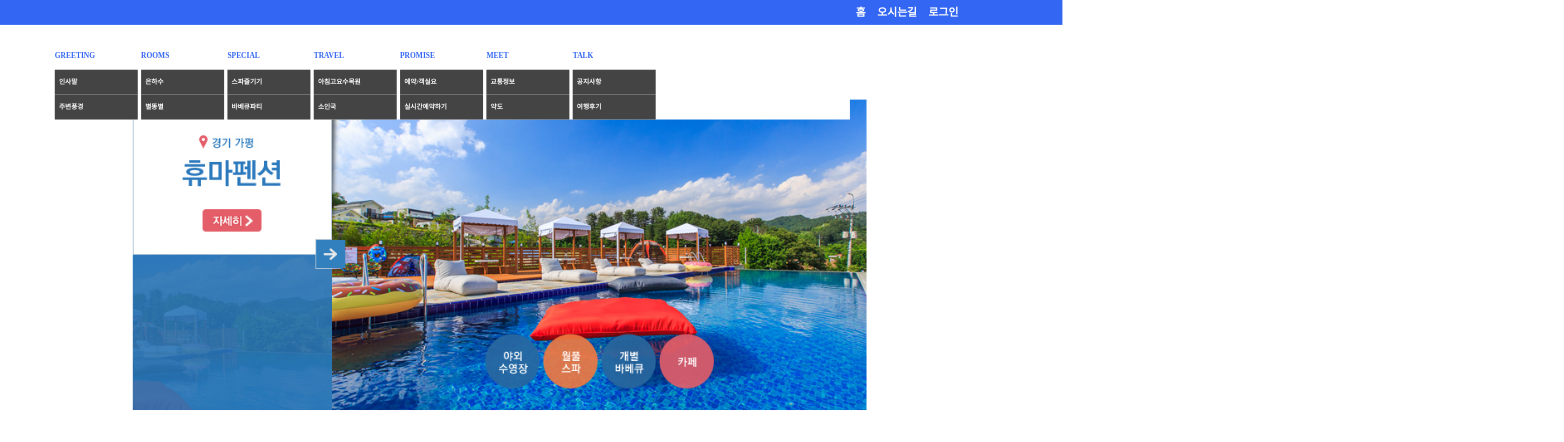
Repository: hojohe/bit-java
Page: 07_css/WebContent/99_exam/exam03.html
An editor plug-in stored every save of this project. The page is shown before and after a run of saves, followed by the edit.
The browser window is 1280 px wide. The page is 1884 px wide, so the pictures cover 1884 px, including what lies to the right of the window. The pictures show the whole page, at 83% of full size.

Above is the page before, as saved 2017-01-25 06:36:15.

After the next 3 saves:
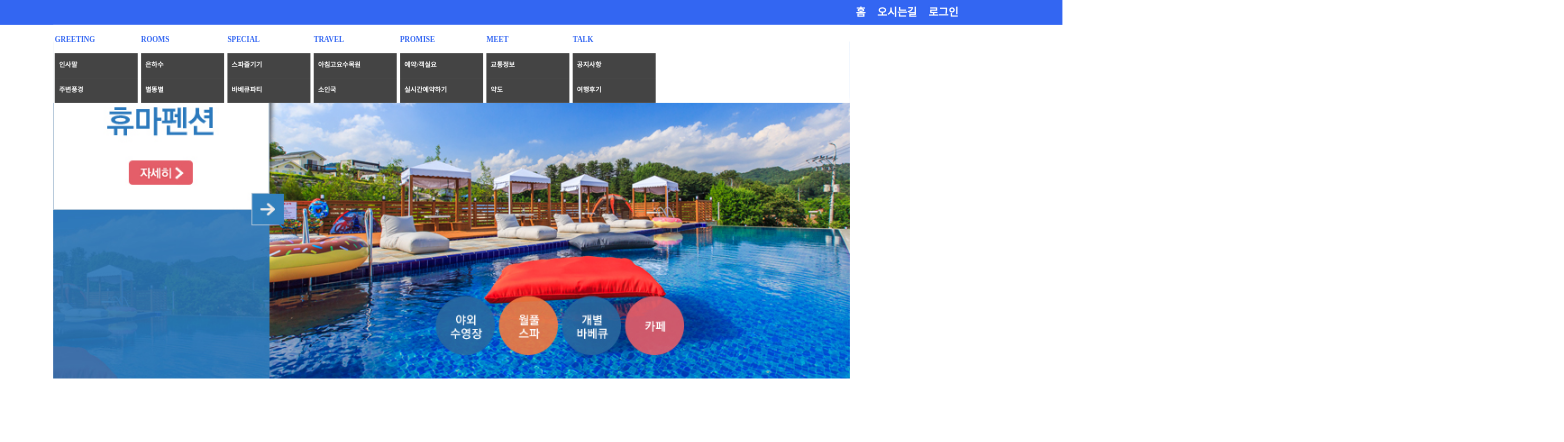
The 3 saves are shown as one change because they came seconds apart.
The last was saved 15 s later.
--- a/07_css/WebContent/99_exam/exam03.css
+++ b/07_css/WebContent/99_exam/exam03.css
@@ -84,12 +84,7 @@ ul.mainLnb > li > ul > li > a:hover {
 	color: white;
 }
 
-div.imgbox {
+div.imgbox > img {
 	width: 960px;
 	margin: 20px auto;
 }
-
-div.imgbox > img {
-	margin-top: 70px;
-
-}
